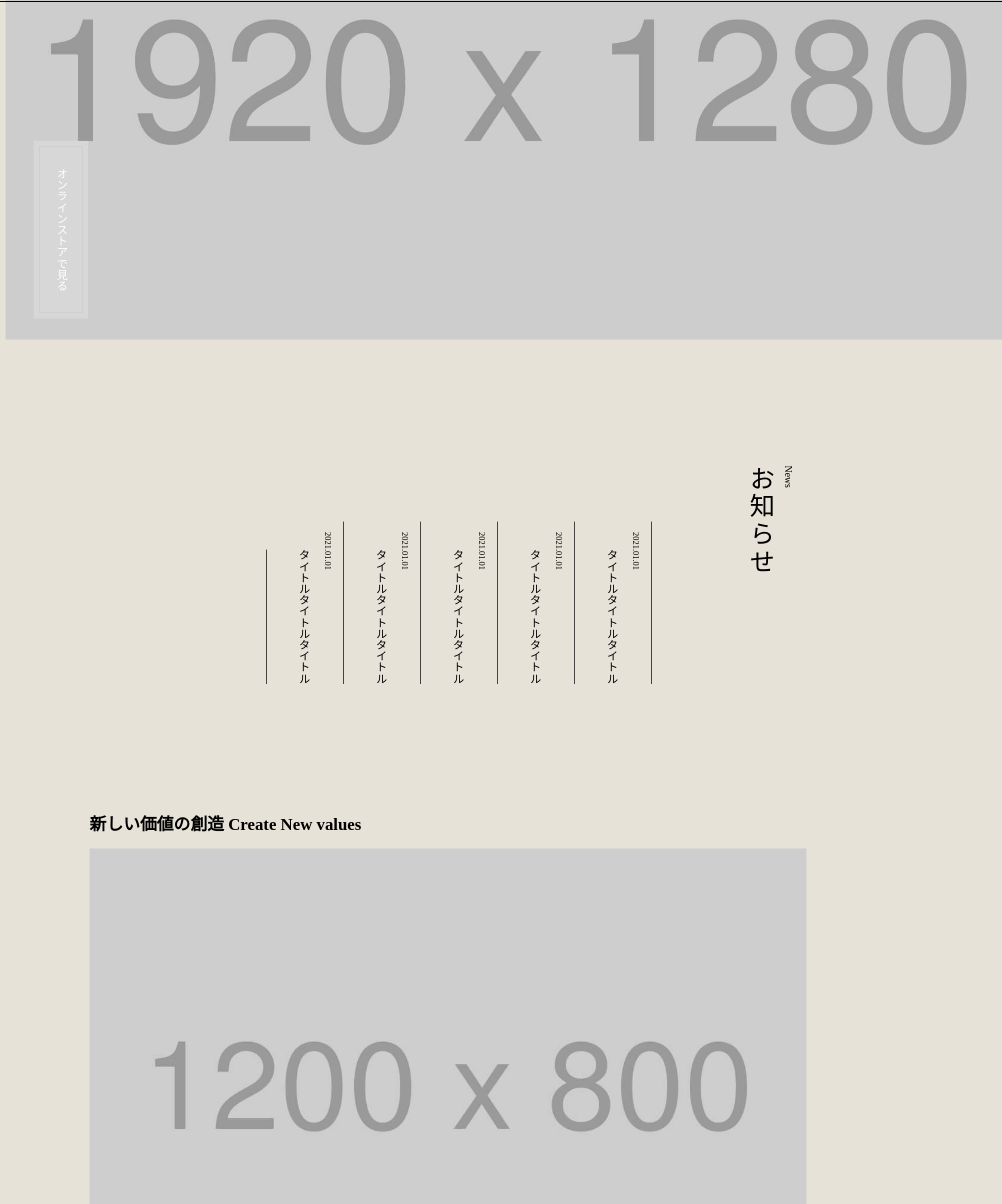
Repository: Fuki-san/wagashi
Page: http://localhost/wagashi
The author's editor kept a copy of each file at every save. The page is drawn from the files as they stood at one save, then again after a run of saves.
The browser window is 1280 px wide. The page is 1432 px wide, so the pictures cover 1432 px, including what lies to the right of the window. The pictures show the part of the page from y = 363 to 2083 px (the page is 3955 px tall), at 70% of full size.
The page is served by the project's Laravel application, run on PHP 8.4 with Laravel 10.

Above is the page before, as saved 2023-12-09 15:48:48.

After the next 3 saves:
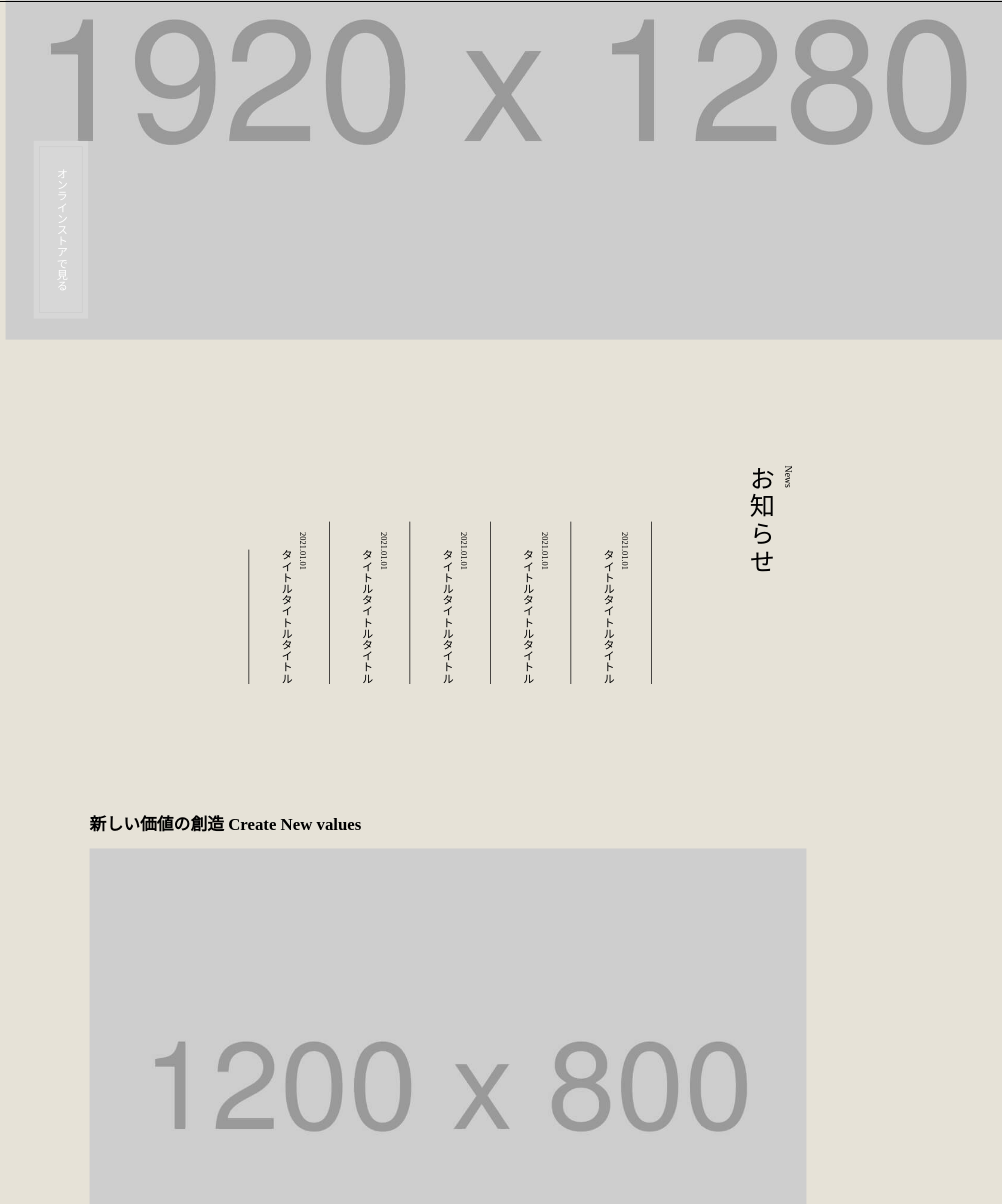
The 3 saves are shown as one change because they came seconds apart.
The last was saved 7 s later.
--- a/public/css/style.css
+++ b/public/css/style.css
@@ -112,7 +112,7 @@ li{
 #news .list dt{
     border-right: solid 1px #000;
     font-size: 0.75rem;
-    padding: 15px ;
+    padding: 15px 30px 5px 5px;
 }
 #news .list dd{
     padding-left: 40px;
